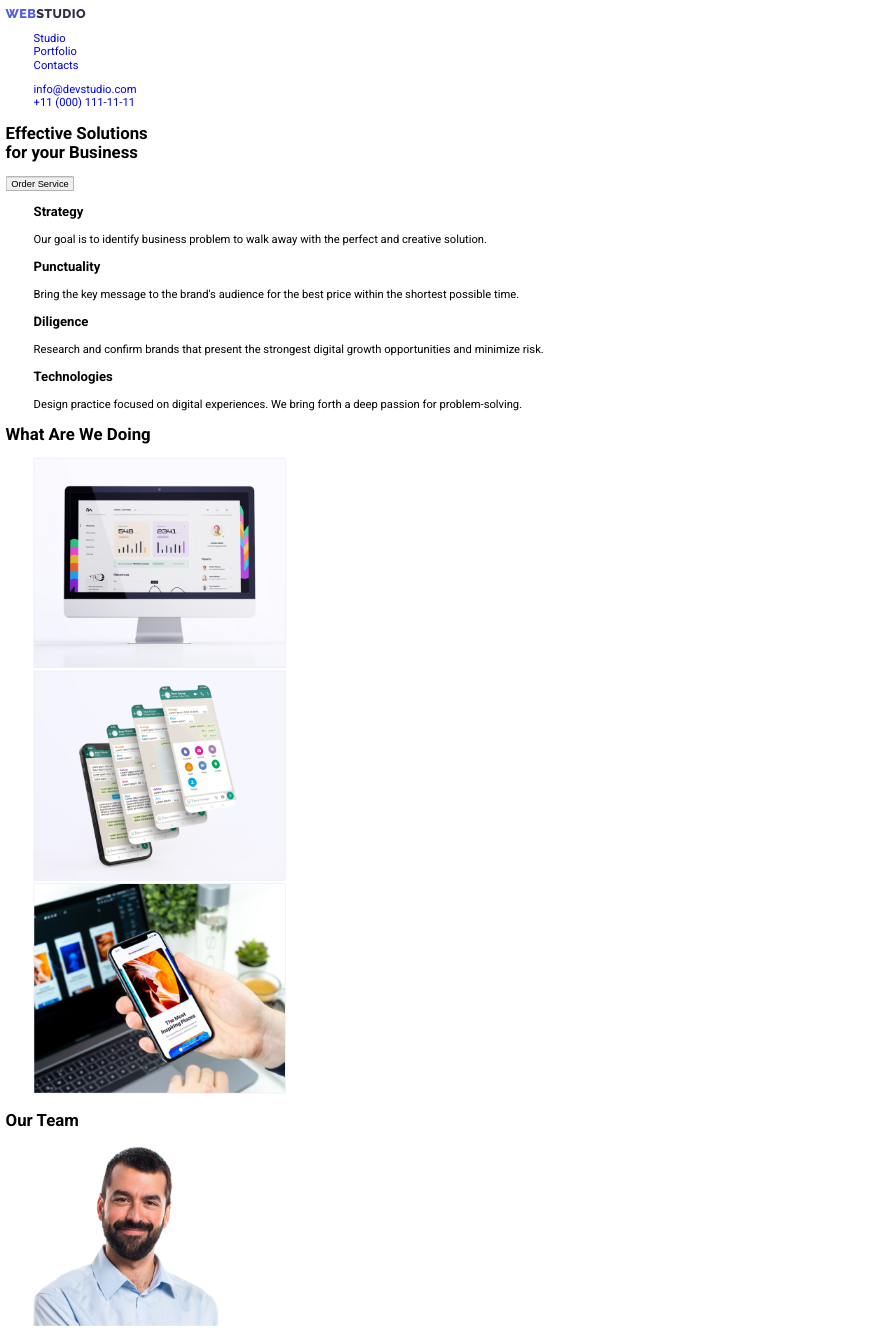
Repository: jandiman/goit-markup-hw-02
Page: index.html
An editor plug-in stored every save of this project. The page is shown before and after the next save, followed by the edit.
The browser window is 1280 px wide. The pictures show the part of the page from y = 0 to 1920 px (the page is 3178 px tall before and 3193 px after), at 70% of full size.

Above is the page before, as saved 2023-07-07 09:09:52.

### index.html
<!DOCTYPE html>
<html lang="en">
  <head>
    <meta charset="UTF-8" />
    <meta name="viewport" content="width=device-width, initial-scale=1.0" />
    <title>Homework 2</title>

    <link rel="preconnect" href="https://fonts.googleapis.com" />
    <link rel="preconnect" href="https://fonts.gstatic.com" crossorigin />
    <link
      href="https://fonts.googleapis.com/css2?family=Raleway:wght@800&family=Roboto:wght@400;500;700;900&display=swap"
      rel="stylesheet"
    />

    <link rel="stylesheet" href="./css/styles.css" />
  </head>

  <body>
    <!--Header-->
    <header class="header">
      <nav class="header-navigation">
        <!--Logo-->
        <a class="header-logo logo" href="./index.html"
          ><span class="weblogo">WEB</span>STUDIO</a
        >
        <!--links-->
        <ul class="header-list list">
          <li class="header-item">
            <a class="header-link link" href="./index.html">Studio</a>
          </li>
          <li class="header-list list">
            <a class="header-link link" href="./portfolio.html">Portfolio</a>
          </li>
          <li class="header-list list">
            <a class="header-link link" href="#">Contacts</a>
          </li>
        </ul>

        <!--contact info-->
        <ul class="contact-list list">
          <li class="contact-item">
            <a class="contact-link link" href="mailto:info@devstudio.com"
              >info@devstudio.com</a
            >
          </li>
          <li class="contact-item">
            <a class="contact-link link" href="tel:+110001111111"
              >+11 (000) 111-11-11</a
            >
          </li>
        </ul>
      </nav>
    </header>

    <main>
      <!--Hero Image-->
      <section class="hero">
        <h1 class="hero-title">Effective Solutions <br />for your Business</h1>
        <button class="hero-button button" type="button">Order Service</button>
      </section>

      <!--Section 1-->
      <section class="features">
        <ul class="features-list list">
          <li class="features-item">
            <h3 class="features-item-name">Strategy</h3>
            <p class="feature-item-text">
              Our goal is to identify business problem to walk away with the
              perfect and creative solution.
            </p>
          </li>
          <li class="features-item">
            <h3 class="features-item-name">Punctuality</h3>
            <p class="feature-item-text">
              Bring the key message to the brand's audience for the best price
              within the shortest possible time.
            </p>
          </li>
          <li class="features-item">
            <h3 class="features-item-name">Diligence</h3>
            <p class="feature-item-text">
              Research and confirm brands that present the strongest digital
              growth opportunities and minimize risk.
            </p>
          </li>
          <li class="features-item">
            <h3 class="features-item-name">Technologies</h3>
            <p class="feature-item-text">
              Design practice focused on digital experiences. We bring forth a
              deep passion for problem-solving.
            </p>
          </li>
        </ul>
      </section>

      <!--Section 2-->
      <section class="about">
        <h2 class="about-title section-title">What Are We Doing</h2>
        <ul class="about-list list">
          <li class="about-item">
            <img
              src="./images/section 2 images/img 1.jpg"
              alt="monitor"
              width="360"
            />
          </li>
          <li class="about-item">
            <img
              src="./images/section 2 images/img 2.jpg"
              alt="phone"
              width="360"
            />
          </li>
          <li class="about-item">
            <img
              src="./images/section 2 images/img 3.jpg"
              alt="phone and laptop"
              width="360"
            />
          </li>
        </ul>
      </section>

      <!--Section 3-->
      <section class="team">
        <h2 class="team-title section-title">Our Team</h2>
        <ul class="team-list list">
          <li class="team-item">
            <img
              src="./images/Section 3 images/member 1.jpg"
              alt="Mark Guerrero"
              width="264"
            />
            <h3 class="team-item-name">Mark Guerrero</h3>
            <p class="team-item-text">Product Designer</p>
          </li>
          <li class="team-item">
            <img
              src="./images/Section 3 images/member 2.jpg"
              alt="Tom Ford"
              width="264"
            />
            <h3 class="team-item-name">Tom Ford</h3>
            <p class="team-item-text">Frontend Developer</p>
          </li>
          <li class="team-item">
            <img
              src="./images/Section 3 images/member 3.jpg"
              alt="Camila Garcia"
              width="264"
            />
            <h3 class="team-item-name">Camila Garcia</h3>
            <p class="team-item-text">Marketing</p>
          </li>
          <li class="team-item">
            <img
              src="./images/Section 3 images/member 4.jpg"
              alt="Daniel Wilson"
              width="264"
            />
            <h3 class="team-item-name">Daniel Wilson</h3>
            <p class="team-item-text">UI Designer</p>
          </li>
        </ul>
      </section>
    </main>

    <!--Footer-->
    <footer class="footer">
      <a class="footer-logo footlogo" href="./index.html"
        ><span class="weblogo">WEB</span>STUDIO</a
      >
      <p class="footer-text">
        Increase the flow of customers and sales <br />for your business with
        digital <br />marketing & growth solutions.
      </p>
    </footer>
  </body>
</html>

### css/styles.css
:root {
  --navy-blue: #2e2f42;
  --slate: #434455;
  --white: #ffffff;
  --cloud: #f4f4fd;
  --iris: #4d5ae5;
  --ocean: #404bbf;
}

body {
  font-family: "Roboto", sans-serif;
}

.list {
  list-style: none;
}
.link {
  text-decoration: none;
}

.logo {
  text-decoration: none;
  color: var(--navyblue, #2e2f42);
  font-family: Raleway;
  font-size: 18px;
  font-style: normal;
  font-weight: 800;
  line-height: 21px;
  letter-spacing: 0.54px;
  text-transform: uppercase;
}

.footlogo {
  text-decoration: none;
  color: var(--cloud, #f4f4fd);
  font-family: Raleway;
  font-size: 18px;
  font-style: normal;
  font-weight: 800;
  line-height: 21px;
  letter-spacing: 0.54px;
  text-transform: uppercase;
}

.weblogo {
  color: var(--iris, #4d5ae5);
  font-family: Raleway;
  font-size: 18px;
  font-style: normal;
  font-weight: 800;
  line-height: 21px;
  letter-spacing: 0.54px;
  text-transform: uppercase;
}

.header-link {
}

After the next save:
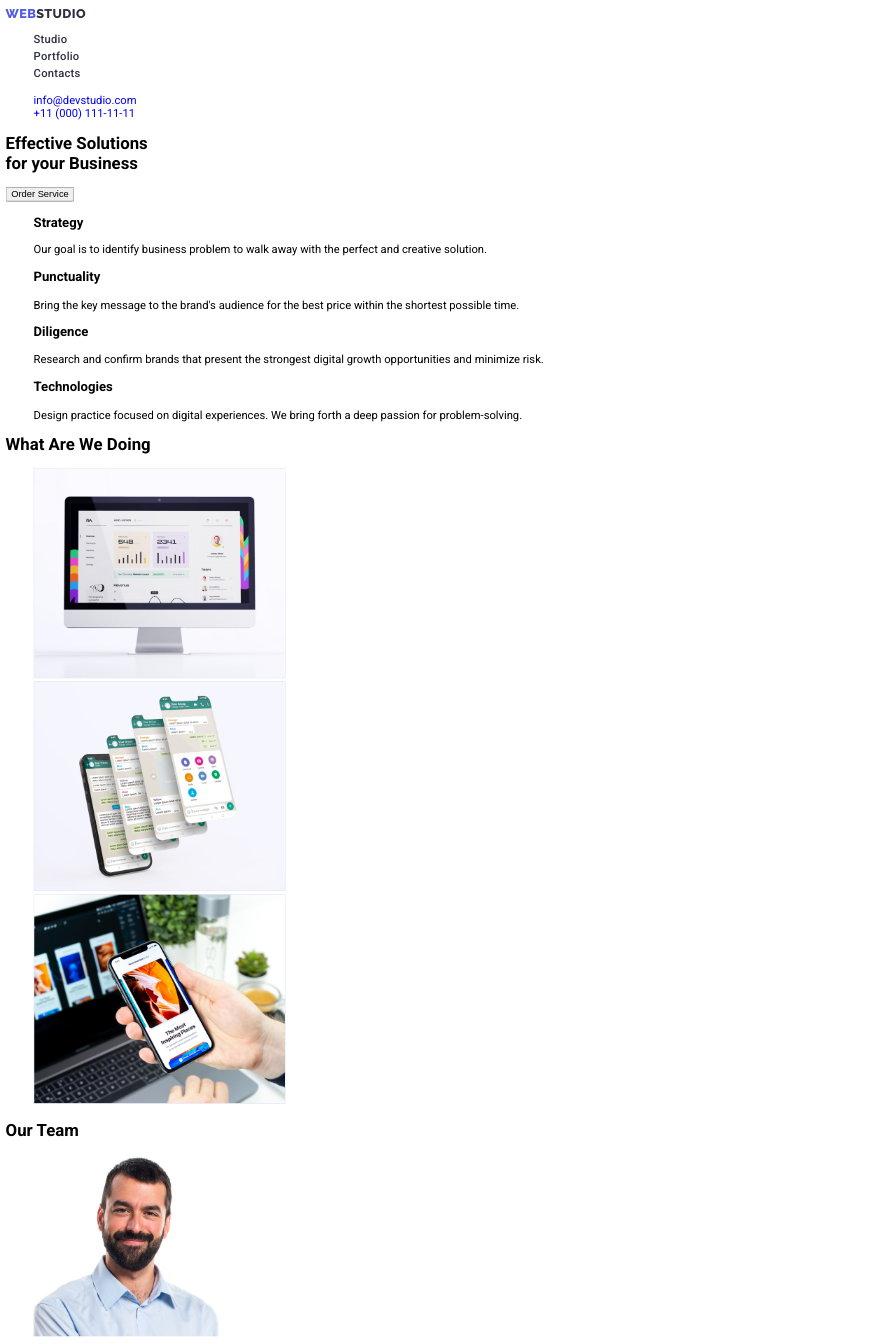
Saved 44 s later.
--- a/css/styles.css
+++ b/css/styles.css
@@ -54,4 +54,13 @@
 }
 
 .header-link {
+  color: var(--navyblue, #2e2f42);
+  font-size: 16px;
+  font-style: normal;
+  font-weight: 500;
+  line-height: 24px;
+  letter-spacing: 0.32px;
 }
+
+.contact-link {
+}
